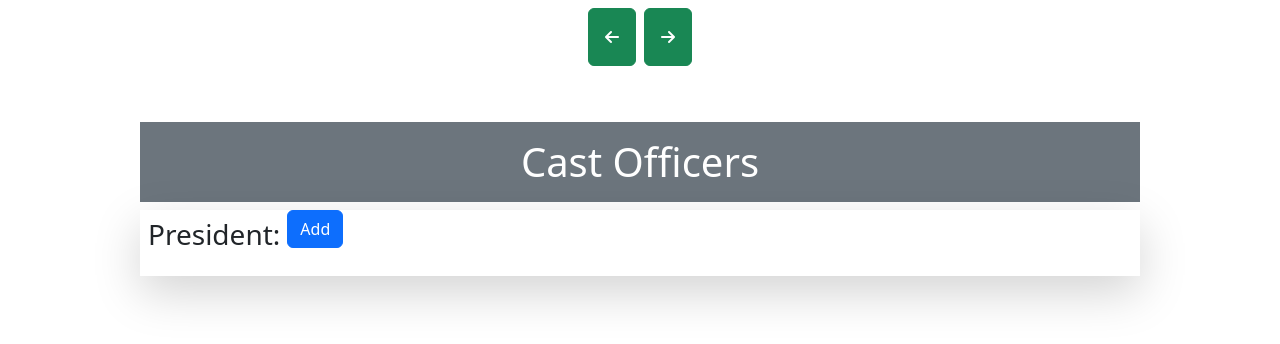
Repository: FRANZSAIJEM/livewire
Page: /second
These files come from the project's save history. The page is drawn as it stood at one moment and after the next save; the edit follows.
The browser window is 1280 px wide. The pictures show the whole page.
The page's requests for data from a server got no answer. Some web libraries are served in a nearby version. The project was rebuilt for these pictures with package versions that can differ from the ones it lists, and the page was loaded fresh each time. No one was signed in, and anything a server would have sent is missing. Also part of the build but not shown: vite.config.ts.

Above is the page before, as saved 2023-02-18 08:05:17.

After the next save:
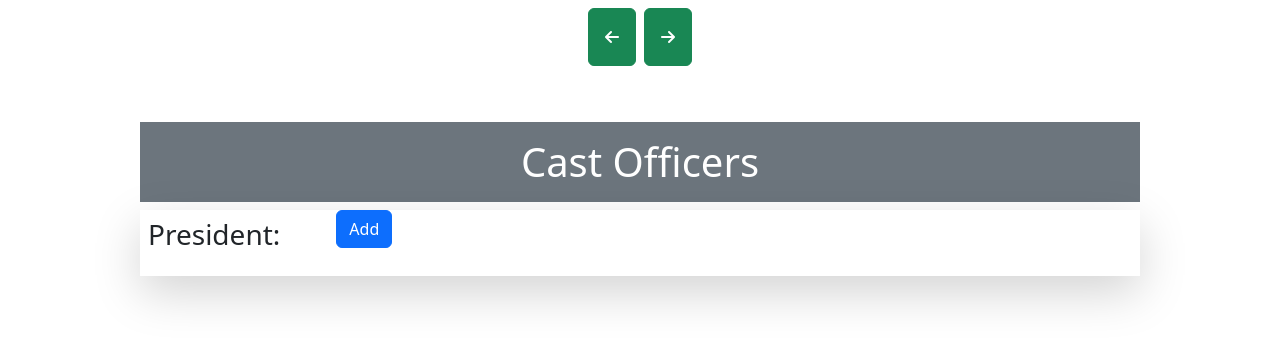
Saved 6 s later.
--- a/src/views/SecondPageView.vue
+++ b/src/views/SecondPageView.vue
@@ -39,7 +39,7 @@
             </label>
             </div>
 
-            <div class="ml">
+            <div class="ms-lg-5">
               <button class="btn btn-primary">Add</button>
             </div>
 

After the save that followed:
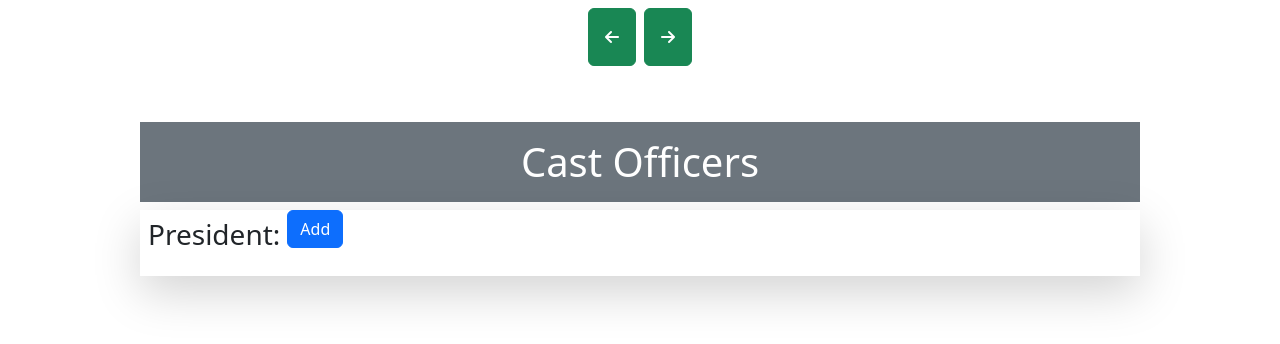
Saved 4 s later.
--- a/src/views/SecondPageView.vue
+++ b/src/views/SecondPageView.vue
@@ -39,7 +39,7 @@
             </label>
             </div>
 
-            <div class="ms-lg-5">
+            <div class="ms-lg-">
               <button class="btn btn-primary">Add</button>
             </div>
 
